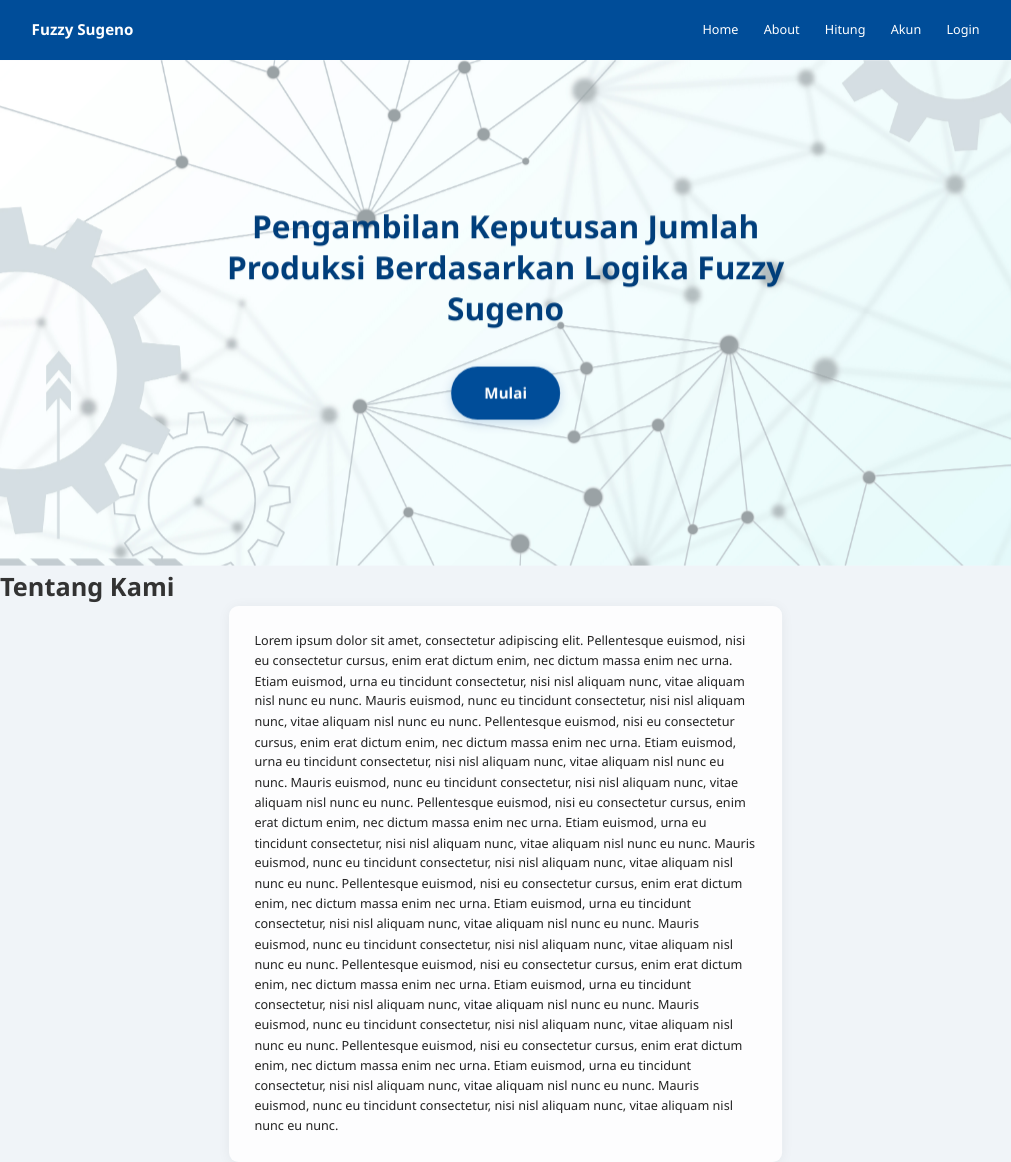
Repository: Senicccc/Defuzzy-Sugeno
Page: http://localhost/
An editor plug-in stored every save of this project. The page is shown before and after the next save, followed by the edit.
The browser window is 1280 px wide. The pictures show the whole page, at 79% of full size.
The page is run by PHP 8.4 with error messages shown; the project is at /var/www/html/.

Above is the page before, as saved 2025-06-08 11:16:28.

### index.php
<!DOCTYPE html>
<html lang="id">

<head>
    <meta charset="UTF-8" />
    <meta name="viewport" content="width=device-width, initial-scale=1.0" />
    <title>Fuzzy Sugeno - Produksi</title>
    <link rel="icon" href="img/favicon.png" type="image/png">
    <link rel="stylesheet" href="css/index.css">
</head>

<body>

    <?php
    require_once 'php/header-index.php';
    ?>

    <section class="hero" style="background: url('img/menu-bg.jpg') center center/cover no-repeat;">
        <h1>Pengambilan Keputusan Jumlah Produksi Berdasarkan Logika Fuzzy Sugeno</h1>
        <a href="php/form.php" class="start-button">Mulai</a>
    </section>

    <section class="about"></section>
    <h1>Tentang Kami</h1>
    <div style=" max-width: 700px; margin: 0 auto; background: rgba(255,255,255,0.85); border-radius: 12px; padding:
        2rem; color: #222; box-shadow: 0 2px 16px rgba(0,0,0,0.06);">
        <p>
            Lorem ipsum dolor sit amet, consectetur adipiscing elit. Pellentesque euismod, nisi eu consectetur
            cursus, enim erat dictum enim, nec dictum massa enim nec urna. Etiam euismod, urna eu tincidunt
            consectetur, nisi nisl aliquam nunc, vitae aliquam nisl nunc eu nunc. Mauris euismod, nunc eu tincidunt
            consectetur, nisi nisl aliquam nunc, vitae aliquam nisl nunc eu nunc. Pellentesque euismod, nisi eu
            consectetur cursus, enim erat dictum enim, nec dictum massa enim nec urna. Etiam euismod, urna eu
            tincidunt consectetur, nisi nisl aliquam nunc, vitae aliquam nisl nunc eu nunc. Mauris euismod, nunc eu
            tincidunt consectetur, nisi nisl aliquam nunc, vitae aliquam nisl nunc eu nunc. Pellentesque euismod,
            nisi eu consectetur cursus, enim erat dictum enim, nec dictum massa enim nec urna. Etiam euismod, urna
            eu tincidunt consectetur, nisi nisl aliquam nunc, vitae aliquam nisl nunc eu nunc. Mauris euismod, nunc
            eu tincidunt consectetur, nisi nisl aliquam nunc, vitae aliquam nisl nunc eu nunc. Pellentesque euismod,
            nisi eu consectetur cursus, enim erat dictum enim, nec dictum massa enim nec urna. Etiam euismod, urna
            eu tincidunt consectetur, nisi nisl aliquam nunc, vitae aliquam nisl nunc eu nunc. Mauris euismod, nunc
            eu tincidunt consectetur, nisi nisl aliquam nunc, vitae aliquam nisl nunc eu nunc. Pellentesque euismod,
            nisi eu consectetur cursus, enim erat dictum enim, nec dictum massa enim nec urna. Etiam euismod, urna
            eu tincidunt consectetur, nisi nisl aliquam nunc, vitae aliquam nisl nunc eu nunc. Mauris euismod, nunc
            eu tincidunt consectetur, nisi nisl aliquam nunc, vitae aliquam nisl nunc eu nunc. Pellentesque euismod,
            nisi eu consectetur cursus, enim erat dictum enim, nec dictum massa enim nec urna. Etiam euismod, urna
            eu tincidunt consectetur, nisi nisl aliquam nunc, vitae aliquam nisl nunc eu nunc. Mauris euismod, nunc
            eu tincidunt consectetur, nisi nisl aliquam nunc, vitae aliquam nisl nunc eu nunc.
        </p>
    </div>
    </section>

</body>

</html>

### php/header-index.php
<!DOCTYPE html>
<html lang="id">

<head>
    <meta charset="UTF-8" />
    <meta name="viewport" content="width=device-width, initial-scale=1.0" />
    <title>Fuzzy Sugeno - Produksi</title>
    <link rel="stylesheet" href="https://cdnjs.cloudflare.com/ajax/libs/font-awesome/6.0.0/css/all.min.css">

    <style>
    * {
        margin: 0;
        padding: 0;
        box-sizing: border-box;
        font-family: 'Segoe UI', Tahoma, Geneva, Verdana, sans-serif;
    }

    body {
        background: #f0f4f8;
        color: #333;
    }

    nav {
        background-color: #004d99;
        position: sticky;
        top: 0;
        z-index: 1000;
        padding: 1.4rem 2.4rem;
    }

    .nav-container {
        display: flex;
        justify-content: space-between;
        align-items: center;
        max-width: 1200px;
        margin: 0 auto;
        flex-wrap: wrap;
    }

    .logo {
        color: white;
        font-weight: 800;
        font-size: larger;
    }

    .nav-links {
        display: flex;
        gap: 2rem;
    }

    .nav-links a {
        text-decoration: none;
        color: white;
        font-weight: 500;
        font-size: 1rem;
        transition: color 0.3s;
    }

    .nav-links a:hover {
        color: #ffcc00;
    }

    .burger {
        display: none;
        font-size: 1.5rem;
        color: white;
        cursor: pointer;
        padding: 0.5rem;
    }

    @media (max-width: 768px) {
        .nav-links {
            display: none;
            flex-direction: column;
            background-color: #004d99;
            width: 100%;
            text-align: center;
            margin-top: 1rem;
            padding-bottom: 1rem;
            gap: 1rem;
            order: 1;
        }

        .nav-links.active {
            display: flex;
        }

        .burger {
            display: block;
            margin-left: auto;
            /* Memposisikan burger di kanan */
        }

        nav {
            padding: 0.75rem 1.5rem;
        }
    }
    </style>
</head>

<body>

    <nav>
        <div class="nav-container">
            <div class="logo">Fuzzy Sugeno</div>
            <div class="burger" id="burger"><i class="fas fa-bars"></i></div>
            <div class="nav-links" id="navLinks">
                <a href="index.php">Home</a>
                <a href="index.php#about">About</a>
                <a href="php/form.php">Hitung</a>
                <a href="php/account.php">Akun</a>
                <?php if (isset($_SESSION['user_id'])): ?>
                <a href="php/logout.php">Logout</a>
                <?php else: ?>
                <a href="php/login.php">Login</a>
                <?php endif; ?>
            </div>
        </div>
    </nav>

    <script>
    const burger = document.getElementById('burger');
    const navLinks = document.getElementById('navLinks');

    burger.addEventListener('click', () => {
        navLinks.classList.toggle('active');
    });
    </script>

</body>

</html>

### css/index.css

* {
    margin: 0;
    padding: 0;
    box-sizing: border-box;
    font-family: 'Segoe UI', Tahoma, Geneva, Verdana, sans-serif;
}

body {
    background: linear-gradient(135deg, #f0f4f8 0%, #dfe7ee 100%);
    color: #333;
    min-height: 100vh;
    line-height: 1.6;
}

/* Hero Section */
.hero {
    display: flex;
    flex-direction: column;
    justify-content: center;
    align-items: center;
    text-align: center;
    min-height: calc(100vh - 80px);
    padding: 2rem;
    background-image:
        radial-gradient(circle at 10% 20%, rgba(0, 77, 153, 0.05) 0%, transparent 20%),
        radial-gradient(circle at 90% 80%, rgba(0, 77, 153, 0.05) 0%, transparent 20%);
}

.hero h1 {
    font-size: 2.5rem;
    font-weight: 1000;
    color: #003e7b;
    margin-bottom: 2rem;
    max-width: 800px;
    line-height: 1.3;
    text-shadow: 1px 1px 2px rgba(0,0,0,0.);
}

.start-button {
    display: inline-block;
    background-color: #004d99;
    color: white;
    padding: 1rem 2.5rem;
    border-radius: 50px;
    text-decoration: none;
    font-weight: 600;
    font-size: 1.2rem;
    transition: all 0.3s ease;
    box-shadow: 0 4px 15px rgba(0, 77, 153, 0.2);
    border: 2px solid #004d99;
    margin-top: 1rem;
}

.start-button:hover {
    background-color: #ffcc00;
    color: #004d99;
    transform: translateY(-3px);
    box-shadow: 0 6px 20px rgba(0, 77, 153, 0.3);
}

.start-button:active {
    transform: translateY(1px);
}

/* Responsive Design */
@media (max-width: 768px) {
    .hero {
        padding: 1.5rem;
        min-height: calc(100vh - 60px);
    }

    .hero h1 {
        font-size: 1.8rem;
        margin-bottom: 1.5rem;
    }

    .start-button {
        padding: 0.8rem 2rem;
        font-size: 1rem;
    }
}

@media (max-width: 480px) {
    .hero h1 {
        font-size: 1.5rem;
    }

    .start-button {
        padding: 0.7rem 1.8rem;
    }
}

/* Animasi */
@keyframes fadeIn {
    from { opacity: 0; transform: translateY(20px); }
    to { opacity: 1; transform: translateY(0); }
}

.hero {
    animation: fadeIn 0.8s ease-out forwards;
}

.start-button {
    animation: fadeIn 1s ease-out 0.3s both;
}

After the next save:
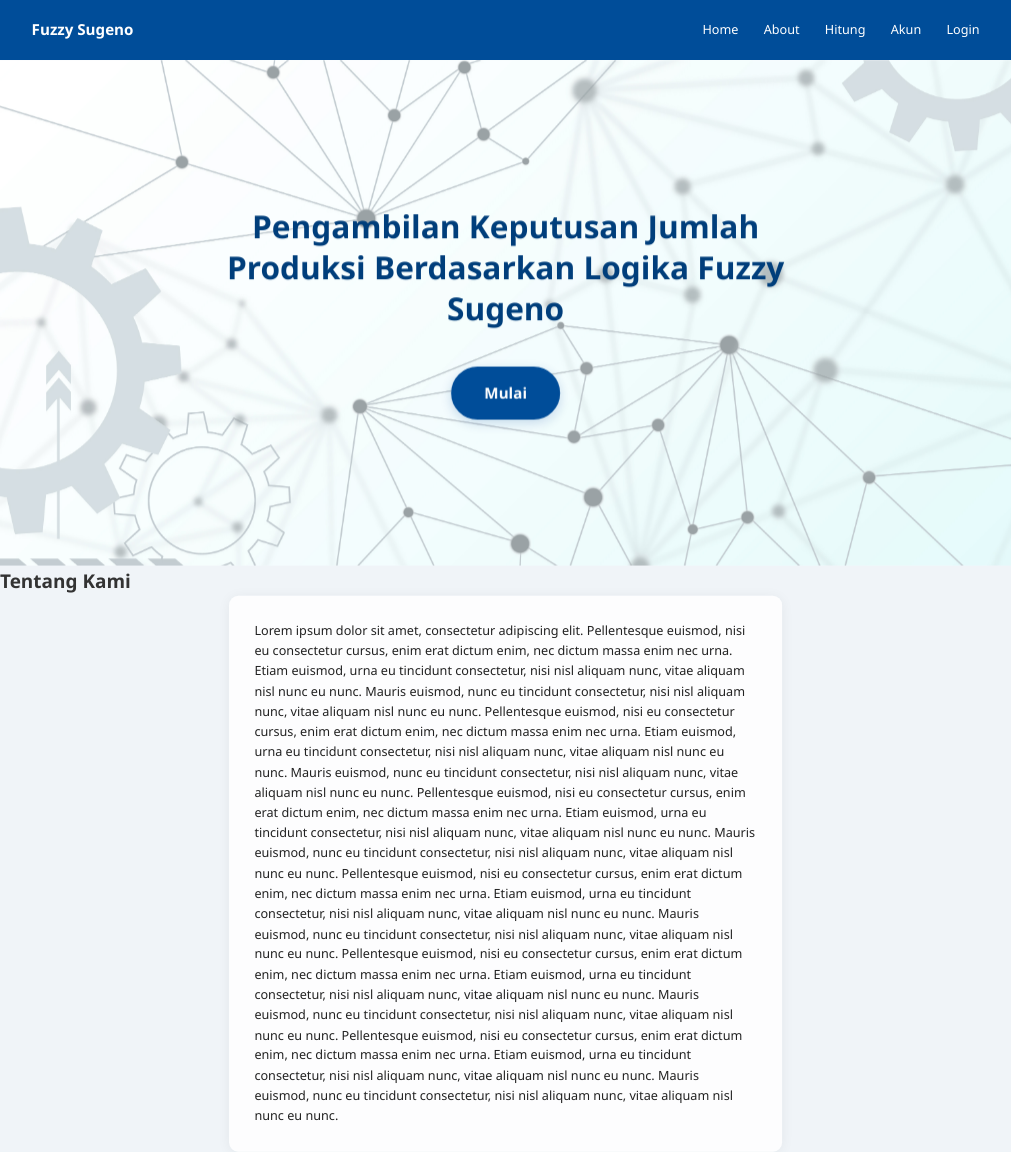
Saved 7 s later.
--- a/index.php
+++ b/index.php
@@ -20,32 +20,32 @@
         <a href="php/form.php" class="start-button">Mulai</a>
     </section>
 
-    <section class="about"></section>
-    <h1>Tentang Kami</h1>
-    <div style=" max-width: 700px; margin: 0 auto; background: rgba(255,255,255,0.85); border-radius: 12px; padding:
+    <section class="about">
+        <h1>Tentang Kami</h1>
+        <div style=" max-width: 700px; margin: 0 auto; background: rgba(255,255,255,0.85); border-radius: 12px; padding:
         2rem; color: #222; box-shadow: 0 2px 16px rgba(0,0,0,0.06);">
-        <p>
-            Lorem ipsum dolor sit amet, consectetur adipiscing elit. Pellentesque euismod, nisi eu consectetur
-            cursus, enim erat dictum enim, nec dictum massa enim nec urna. Etiam euismod, urna eu tincidunt
-            consectetur, nisi nisl aliquam nunc, vitae aliquam nisl nunc eu nunc. Mauris euismod, nunc eu tincidunt
-            consectetur, nisi nisl aliquam nunc, vitae aliquam nisl nunc eu nunc. Pellentesque euismod, nisi eu
-            consectetur cursus, enim erat dictum enim, nec dictum massa enim nec urna. Etiam euismod, urna eu
-            tincidunt consectetur, nisi nisl aliquam nunc, vitae aliquam nisl nunc eu nunc. Mauris euismod, nunc eu
-            tincidunt consectetur, nisi nisl aliquam nunc, vitae aliquam nisl nunc eu nunc. Pellentesque euismod,
-            nisi eu consectetur cursus, enim erat dictum enim, nec dictum massa enim nec urna. Etiam euismod, urna
-            eu tincidunt consectetur, nisi nisl aliquam nunc, vitae aliquam nisl nunc eu nunc. Mauris euismod, nunc
-            eu tincidunt consectetur, nisi nisl aliquam nunc, vitae aliquam nisl nunc eu nunc. Pellentesque euismod,
-            nisi eu consectetur cursus, enim erat dictum enim, nec dictum massa enim nec urna. Etiam euismod, urna
-            eu tincidunt consectetur, nisi nisl aliquam nunc, vitae aliquam nisl nunc eu nunc. Mauris euismod, nunc
-            eu tincidunt consectetur, nisi nisl aliquam nunc, vitae aliquam nisl nunc eu nunc. Pellentesque euismod,
-            nisi eu consectetur cursus, enim erat dictum enim, nec dictum massa enim nec urna. Etiam euismod, urna
-            eu tincidunt consectetur, nisi nisl aliquam nunc, vitae aliquam nisl nunc eu nunc. Mauris euismod, nunc
-            eu tincidunt consectetur, nisi nisl aliquam nunc, vitae aliquam nisl nunc eu nunc. Pellentesque euismod,
-            nisi eu consectetur cursus, enim erat dictum enim, nec dictum massa enim nec urna. Etiam euismod, urna
-            eu tincidunt consectetur, nisi nisl aliquam nunc, vitae aliquam nisl nunc eu nunc. Mauris euismod, nunc
-            eu tincidunt consectetur, nisi nisl aliquam nunc, vitae aliquam nisl nunc eu nunc.
-        </p>
-    </div>
+            <p>
+                Lorem ipsum dolor sit amet, consectetur adipiscing elit. Pellentesque euismod, nisi eu consectetur
+                cursus, enim erat dictum enim, nec dictum massa enim nec urna. Etiam euismod, urna eu tincidunt
+                consectetur, nisi nisl aliquam nunc, vitae aliquam nisl nunc eu nunc. Mauris euismod, nunc eu tincidunt
+                consectetur, nisi nisl aliquam nunc, vitae aliquam nisl nunc eu nunc. Pellentesque euismod, nisi eu
+                consectetur cursus, enim erat dictum enim, nec dictum massa enim nec urna. Etiam euismod, urna eu
+                tincidunt consectetur, nisi nisl aliquam nunc, vitae aliquam nisl nunc eu nunc. Mauris euismod, nunc eu
+                tincidunt consectetur, nisi nisl aliquam nunc, vitae aliquam nisl nunc eu nunc. Pellentesque euismod,
+                nisi eu consectetur cursus, enim erat dictum enim, nec dictum massa enim nec urna. Etiam euismod, urna
+                eu tincidunt consectetur, nisi nisl aliquam nunc, vitae aliquam nisl nunc eu nunc. Mauris euismod, nunc
+                eu tincidunt consectetur, nisi nisl aliquam nunc, vitae aliquam nisl nunc eu nunc. Pellentesque euismod,
+                nisi eu consectetur cursus, enim erat dictum enim, nec dictum massa enim nec urna. Etiam euismod, urna
+                eu tincidunt consectetur, nisi nisl aliquam nunc, vitae aliquam nisl nunc eu nunc. Mauris euismod, nunc
+                eu tincidunt consectetur, nisi nisl aliquam nunc, vitae aliquam nisl nunc eu nunc. Pellentesque euismod,
+                nisi eu consectetur cursus, enim erat dictum enim, nec dictum massa enim nec urna. Etiam euismod, urna
+                eu tincidunt consectetur, nisi nisl aliquam nunc, vitae aliquam nisl nunc eu nunc. Mauris euismod, nunc
+                eu tincidunt consectetur, nisi nisl aliquam nunc, vitae aliquam nisl nunc eu nunc. Pellentesque euismod,
+                nisi eu consectetur cursus, enim erat dictum enim, nec dictum massa enim nec urna. Etiam euismod, urna
+                eu tincidunt consectetur, nisi nisl aliquam nunc, vitae aliquam nisl nunc eu nunc. Mauris euismod, nunc
+                eu tincidunt consectetur, nisi nisl aliquam nunc, vitae aliquam nisl nunc eu nunc.
+            </p>
+        </div>
     </section>
 
 </body>
